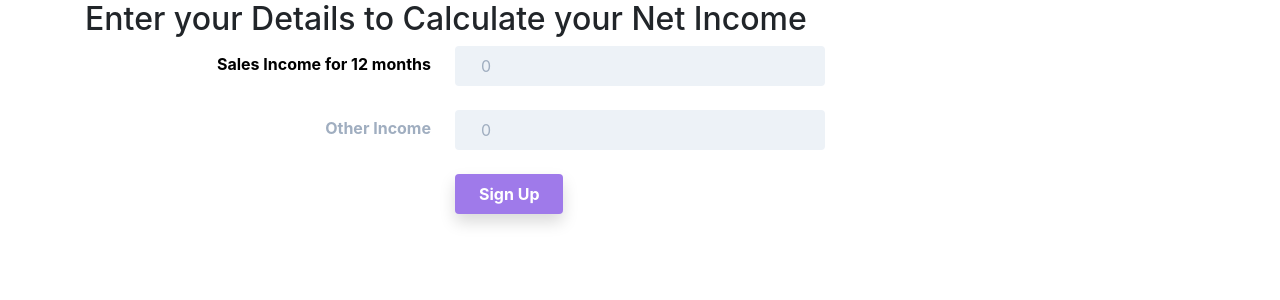
Repository: latenightsnacc/Financial-Forecast
Page: financial-forecast.html
The author's editor kept a copy of each file at every save. The page is drawn from the files as they stood at one save, then again after the next save.
The browser window is 1280 px wide. The pictures show the whole page.

Above is the page before, as saved 2020-11-15 11:34:18.

After the next save:
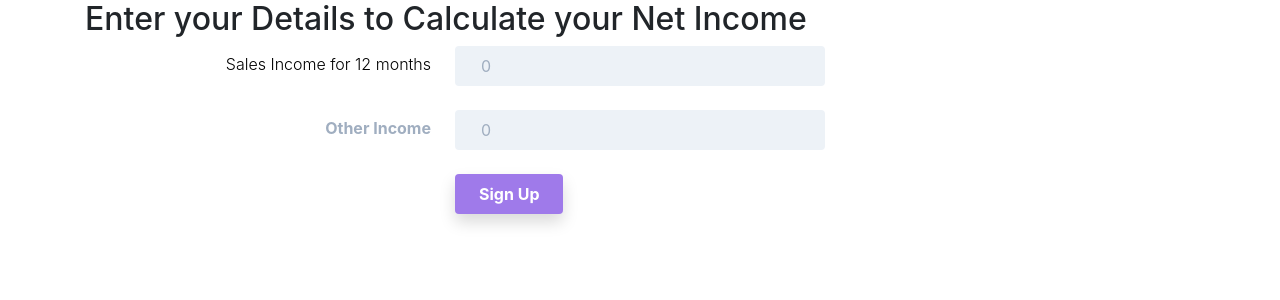
Saved 11 s later.
--- a/financial-forecast.html
+++ b/financial-forecast.html
@@ -25,7 +25,7 @@
                 <!--Sales Income-->
                 <div class="md:flex md:items-center mb-6">
                   <div class="md:w-1/3">
-                    <label class="block text-black font-bold md:text-right mb-1 md:mb-0 pr-4" for="inline-full-name" placeholder="0">
+                    <label class="block text-black font-light md:text-right mb-1 md:mb-0 pr-4" for="inline-full-name" placeholder="0">
                       Sales Income for 12 months
                     </label>
                   </div>
